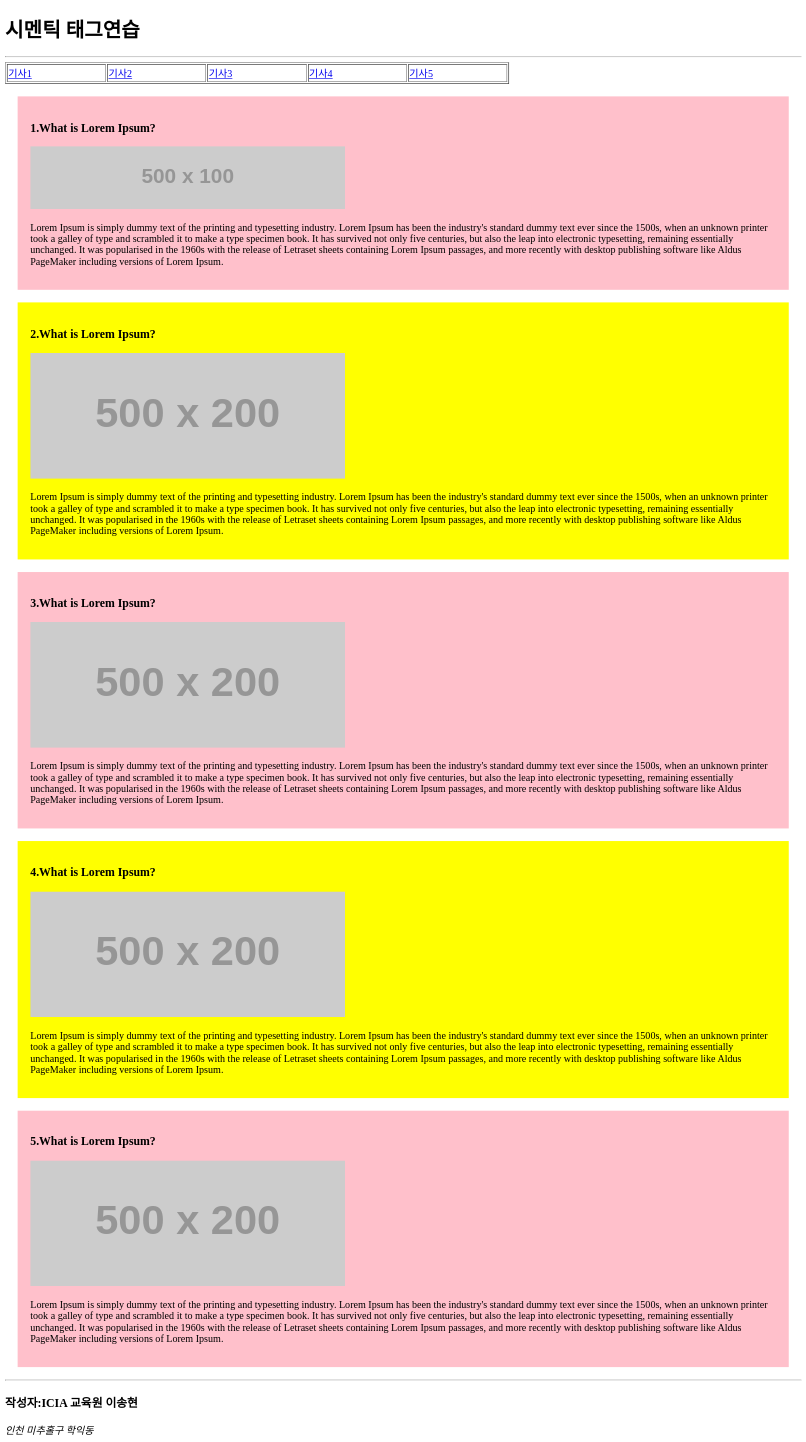
Repository: kmg8138/html
Page: 2020.04.06/ex0406/WebContent/ex06.html
These files come from the project's save history. The page is drawn as it stood at one moment and after the next save; the edit follows.
The browser window is 1280 px wide. The pictures show the whole page, at 63% of full size.

Above is the page before, as saved 2020-04-06 07:18:12.

### 2020.04.06/ex0406/WebContent/ex06.html
<!DOCTYPE html>
<html>
<head>
	<meta charset="UTF-8">
	<style>
		article{background: yellow; padding:20px; margin:20px;}
		#a1, #a3, #a5{background: pink;}
	</style>
	<title>시멘틱태그 연습</title>
</head>
<body>
	<header>
		<h1>시멘틱 태그연습</h1>
		<hr/>
	</header>

	<nav>
		<table width=800 border=1>
			<tr>
				<td><a href="#a1">기사1</a></td>
				<td><a href="#a2">기사2</a></td>
				<td><a href="#a3">기사3</a></td>
				<td><a href="#a4">기사4</a></td>
				<td><a href="#a5">기사5</a></td>
			</tr>
		</table>
	</nav>

	<section>
		<article id="a1">
			<h3>1.What is Lorem Ipsum?</h3>
			<img src="http://placehold.it/500x100"/>
			<p>
			Lorem Ipsum is simply dummy text of the printing and typesetting industry.
			Lorem Ipsum has been the industry's standard dummy text ever since the 1500s,
			when an unknown printer took a galley of type and scrambled it to make a type specimen book.
			It has survived not only five centuries, but also the leap into electronic typesetting, remaining essentially unchanged.
			It was popularised in the 1960s with the release of Letraset sheets containing Lorem Ipsum passages,
			and more recently with desktop publishing software like Aldus PageMaker including versions of Lorem Ipsum.
			</p>
		</article>
		<article id="a2">
			<h3>2.What is Lorem Ipsum?</h3>
			<img src="http://placehold.it/500x200"/>
			<p>
			Lorem Ipsum is simply dummy text of the printing and typesetting industry.
			Lorem Ipsum has been the industry's standard dummy text ever since the 1500s,
			when an unknown printer took a galley of type and scrambled it to make a type specimen book.
			It has survived not only five centuries, but also the leap into electronic typesetting, remaining essentially unchanged.
			It was popularised in the 1960s with the release of Letraset sheets containing Lorem Ipsum passages,
			and more recently with desktop publishing software like Aldus PageMaker including versions of Lorem Ipsum.
			</p>
		</article>
		<article id="a3">
			<h3>3.What is Lorem Ipsum?</h3>
			<img src="http://placehold.it/500x200"/>
			<p>
			Lorem Ipsum is simply dummy text of the printing and typesetting industry.
			Lorem Ipsum has been the industry's standard dummy text ever since the 1500s,
			when an unknown printer took a galley of type and scrambled it to make a type specimen book.
			It has survived not only five centuries, but also the leap into electronic typesetting, remaining essentially unchanged.
			It was popularised in the 1960s with the release of Letraset sheets containing Lorem Ipsum passages,
			and more recently with desktop publishing software like Aldus PageMaker including versions of Lorem Ipsum.
			</p>
		</article>
		<article id="a4">
			<h3>4.What is Lorem Ipsum?</h3>
			<img src="http://placehold.it/500x200"/>
			<p>
			Lorem Ipsum is simply dummy text of the printing and typesetting industry.
			Lorem Ipsum has been the industry's standard dummy text ever since the 1500s,
			when an unknown printer took a galley of type and scrambled it to make a type specimen book.
			It has survived not only five centuries, but also the leap into electronic typesetting, remaining essentially unchanged.
			It was popularised in the 1960s with the release of Letraset sheets containing Lorem Ipsum passages,
			and more recently with desktop publishing software like Aldus PageMaker including versions of Lorem Ipsum.
			</p>
		</article>
		<article id="a5">
			<h3>5.What is Lorem Ipsum?</h3>
			<img src="http://placehold.it/500x200"/>
			<p>
			Lorem Ipsum is simply dummy text of the printing and typesetting industry.
			Lorem Ipsum has been the industry's standard dummy text ever since the 1500s,
			when an unknown printer took a galley of type and scrambled it to make a type specimen book.
			It has survived not only five centuries, but also the leap into electronic typesetting, remaining essentially unchanged.
			It was popularised in the 1960s with the release of Letraset sheets containing Lorem Ipsum passages,
			and more recently with desktop publishing software like Aldus PageMaker including versions of Lorem Ipsum.
			</p>
		</article>
	</section>

	<footer>
		<hr/>
		<h3>작성자:ICIA 교육원 이송현</h3>
		<address>인천 미추홀구 학익동</address>
	</footer>
</body>
</html>

After the next save:
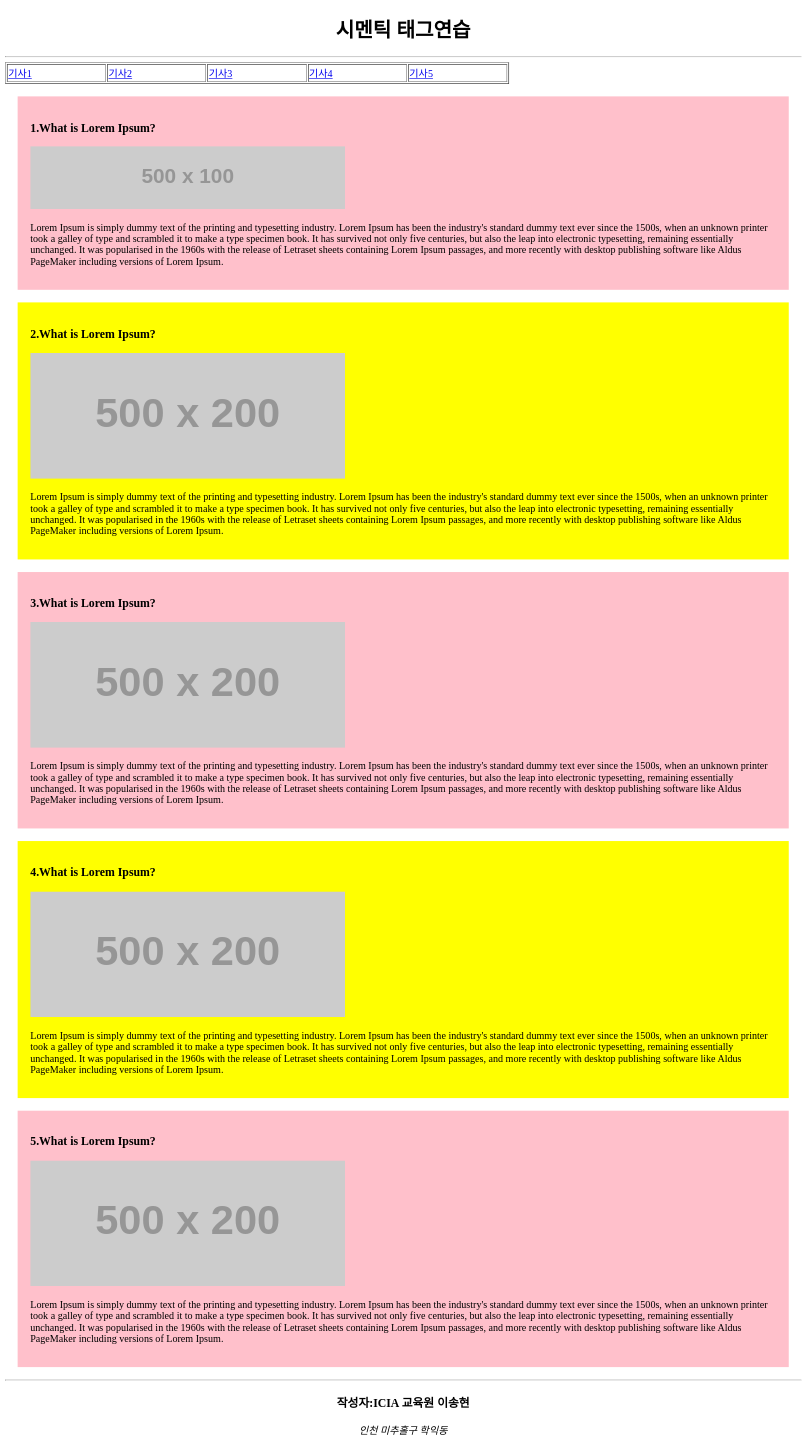
Saved 87 s later.
--- a/2020.04.06/ex0406/WebContent/ex06.html
+++ b/2020.04.06/ex0406/WebContent/ex06.html
@@ -3,6 +3,7 @@
 <head>
 	<meta charset="UTF-8">
 	<style>
+		header, footer{text-align: center;}
 		article{background: yellow; padding:20px; margin:20px;}
 		#a1, #a3, #a5{background: pink;}
 	</style>
